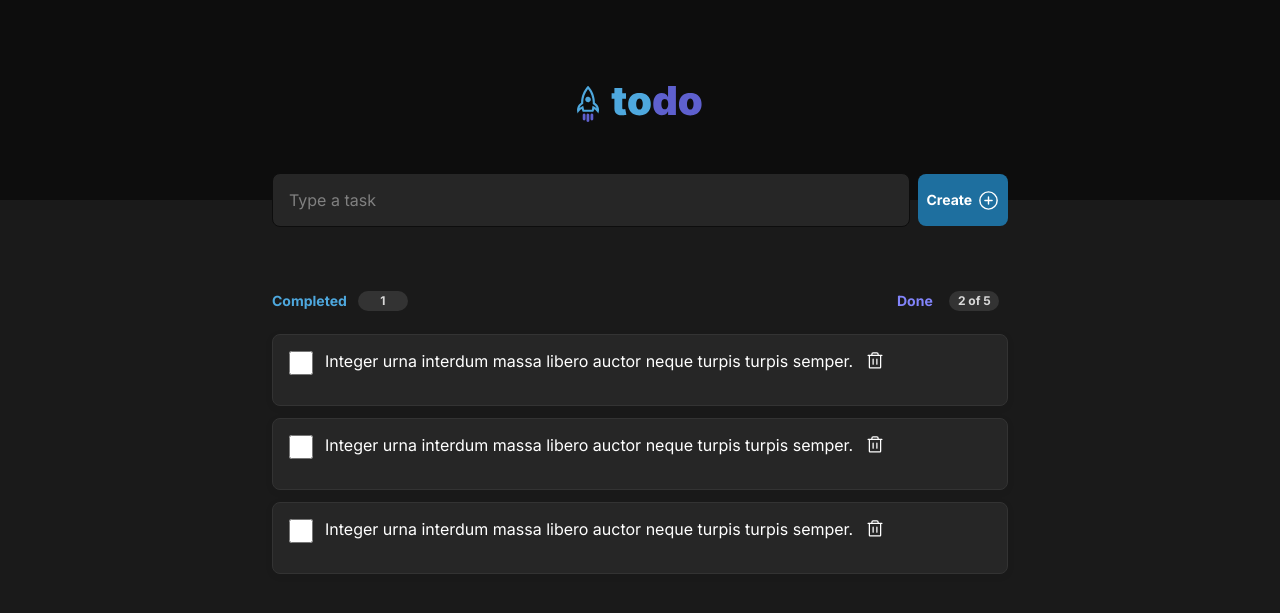
Repository: JoseGu1llardi/to-do-list-D01
Page: /
The author's editor kept a copy of each file at every save. The page is drawn from the files as they stood at one save, then again after the next save.
The browser window is 1280 px wide. The pictures show the whole page.
The project was rebuilt for these pictures with package versions that can differ from the ones it lists, and the page was loaded fresh each time. Also part of the build but not shown: vite.config.ts.

Above is the page before, as saved 2023-03-11 21:22:54.

### index.html
<!DOCTYPE html>
<html lang="en">
  <head>
    <meta charset="UTF-8" />

    <link rel="preconnect" href="https://fonts.googleapis.com" />
    <link rel="preconnect" href="https://fonts.gstatic.com" crossorigin />

    <link
      href="https://fonts.googleapis.com/css2?family=Inter:wght@400;700&display=swap"
      rel="stylesheet"
    />

    <link rel="icon" type="image/svg+xml" href="/vite.svg" />
    <meta name="viewport" content="width=device-width, initial-scale=1.0" />
    <title>Vite + React + TS</title>
  </head>
  <body>
    <div id="root"></div>
    <script type="module" src="/src/main.tsx"></script>
  </body>
</html>

### src/App.tsx
import { Header } from "./components/Header"

import styles from './App.module.css';

import "./global.css"
import { Input } from "./components/Input";
import { Button } from "./components/Button";
import { TasksList } from "./components/TasksList";

function App() {
  return (
    <>
      <Header />

      <div className={styles.newTaskContainer}>
        <Input />
        <Button />
      </div>

      <div className={styles.tasksContainer}>
        <TasksList />
      </div>
    </>
  )
}

export default App

### src/components/Header/index.tsx
import Logo from '../../assets/Logo (1).svg'

import styles from './styles.module.css';

export function Header() {
    return (
        <header className={styles.container}>
            <img src={Logo} />
        </header>
    )
}

### src/App.module.css
.newTaskContainer {
  display: flex;
  flex-direction: row;
  align-items: center;
  padding: 0px;
  gap: 8px;

  position: absolute;
  width: 46rem;
  height: 3.375rem;
  left: calc(50% - 736px / 2);
  top: 10.8125rem;
}

.tasksContainer {
  display: flex;
  flex-direction: column;
  align-items: flex-start;
  padding: 0px;
  gap: 24px;

  position: absolute;
  width: 736px;
  height: 287px;
  left: calc(50% - 736px / 2);
  top: 291px;
}

### src/global.css
:root {
  // Base
  --gray-100: #f2f2f2;
  --gray-200: #d9d9d9;
  --gray-300: #808080;
  --gray-400: #333333;
  --gray-500: #262626;
  --gray-600: #1a1a1a;
  --gray-700: #0d0d0d;

  --danger: #e25858;

  // Product
  --purple: #8284fa;
  --dark-purple: #5e60ce;
  --blue: #4ea8de;
  --dark-blue: #1e6f9f;
}

:focus {
  outline: transparent;
  box-shadow: 0 0 0 2px var(--dark-purple);
}

* {
  margin: 0;
  padding: 0;
  box-sizing: border-box;
}

body {
  color: #fff;
  background: var(--gray-600);

  width: 100%;
  height: 100%;
  max-height: 1024px;
  position: relative;
}

body,
input,
textarea,
button {
  font-family: "Inter", sans-serif;
  font-weight: 400;
  font-size: 1rem;
}

### src/components/Input/index.tsx
import styles from './styles.module.css';

export function Input() {
    return (
        <input
            type="text"
            className={styles.input}
            placeholder='Type a task'
        />
    )
}

### src/components/Button/index.tsx
import { PlusCircle } from '@phosphor-icons/react'

import styles from './styles.module.css';

export function Button() {
    return (
        <button className={styles.button}>
            <span>Create</span>
            <PlusCircle size={23} />
        </button>
    )
}

### src/components/TasksList/index.tsx
import Clipboard from '../../assets/Clipboard.svg';
import { Task } from '../Task';

import styles from './styles.module.css';

export function TasksList() {
    return (
        <>
            <section className={styles.info}>

                <div className={styles.created}>
                    <span>Completed</span>
                    <div className={styles.counterCreated}>
                        <p>1</p>
                    </div>
                </div>

                <div className={styles.done}>
                    <span>Done</span>
                    <div className={styles.doneCreated}>
                        <span>2 of 5</span>
                    </div>
                </div>

            </section>

            {/* <section className={styles.tasks}>
                <img src={Clipboard} alt="" />
                <strong>You don't have tasks registered yet!</strong>
                <span>Create tasks and organize your to-do list</span>
            </section> */}

            <section className={styles.list}>
                <Task />
                <Task />
                <Task />
            </section>
        </>
    )
}

### src/components/Header/styles.module.css
.container {
  position: absolute;
  height: 12.5rem;
  max-width: 100%;
  left: 0;
  right: 0;
  top: 0;

  display: flex;
  align-items: center;
  justify-content: center;

  background: var(--gray-700);
}

.container img {
  position: absolute;
  width: 7.875rem;
  height: 3rem;
}

### src/components/Input/styles.module.css
.input {
  box-sizing: border-box;

  display: flex;
  flex-direction: row;
  align-items: center;
  padding: 16px;
  gap: 8px;

  width: 638px;
  height: 54px;

  background: var(--gray-500);
  color: #fff;

  border: 1px solid var(--gray-700);
  border-radius: 8px;

  flex: none;
  order: 0;
  flex-grow: 1;
}

.input::placeholder {
  color: var(--gray-300);
}

### src/components/Button/styles.module.css
.button {
  width: 90px;
  height: 52px;

  display: flex;
  flex-direction: row;
  align-items: center;
  justify-content: center;
  gap: 16px;

  border: 0;
  border-radius: 8px;

  background: var(--dark-blue);
  color: white;

  cursor: pointer;

  transition: filter 0.2s;
}

.button span {
  width: 34px;
  height: 20px;

  font-weight: 700;
  font-size: 14px;
  line-height: 140%;

  color: var(--gray-100);

  flex: none;
  order: 0;
  flex-grow: 0;
}

.button img {
  width: 16px;
  height: 16px;

  flex: none;
  order: 1;
  flex-grow: 0;
}

.button:hover {
  background: var(--blue);
  filter: brightness(0.8);
}

### src/components/Task/index.tsx
import { Trash } from '@phosphor-icons/react'

import styles from './styles.module.css';

export function Task() {
    return (
        <section className={styles.task}>
            <input type="checkbox" />
            <span>Integer urna interdum massa libero auctor neque turpis turpis semper.</span>
            <div>
                <Trash size={20} />
            </div>
        </section>
    )
}

### src/components/TasksList/styles.module.css
.info {
  display: flex;
  flex-direction: row;
  justify-content: space-between;
  align-items: flex-end;
  padding: 0px;

  width: 736px;
  height: 19px;

  flex: none;
  order: 0;
  align-self: stretch;
  flex-grow: 0;
}

.created {
  display: flex;
  flex-direction: row;
  align-items: center;
  padding: 0px;
  gap: 8px;

  width: 139px;
  height: 19px;

  order: 0;
  flex-grow: 0;
}

.created span {
  font-family: "Inter";
  font-style: normal;
  font-weight: 700;
  font-size: 14px;
  line-height: 17px;

  color: var(--blue);

  flex: none;
  order: 0;
  flex-grow: 0;
}

.counterCreated {
  display: flex;
  flex-direction: row;
  justify-content: center;
  align-items: center;
  padding: 2px 8px;
  gap: 10px;
  margin: 0 auto;

  width: 50px;
  height: 20px;

  background: #333333;
  border-radius: 999px;

  order: 1;
  flex-grow: 0;
}

.counterCreated p {
  display: flex;
  flex-direction: row;
  font-style: normal;
  font-weight: 700;
  font-size: 12px;
  line-height: 15px;

  color: var(--gray-200);
}

.done {
  display: flex;
  box-sizing: border-box;
  flex-direction: row;
  align-items: center;
  padding: 0px;
  gap: 8px;

  width: 111px;
  height: 19px;

  order: 1;
  flex-grow: 0;
}

.done span {
  font-family: "Inter";
  font-style: normal;
  font-weight: 700;
  font-size: 14px;
  line-height: 17px;

  color: #8284fa;

  flex: none;
  order: 0;
  flex-grow: 0;
}

.doneCreated {
  display: flex;
  flex-direction: row;
  justify-content: center;
  box-sizing: border-box;
  align-items: center;
  padding: 2px 8px;
  gap: 10px;
  margin: 0 auto;

  width: 50px;
  height: 20px;

  background: #333333;
  border-radius: 999px;

  order: 1;
  flex-grow: 0;
}

.doneCreated span {
  display: flex;
  flex-direction: row;
  font-style: normal;
  font-weight: 700;
  font-size: 12px;
  line-height: 15px;

  color: var(--gray-200);
}

.tasks {
  box-sizing: border-box;

  display: flex;
  flex-direction: column;
  justify-content: center;
  align-items: center;
  padding: 64px 24px;
  gap: 16px;

  width: 736px;
  height: 244px;

  border-top: 1px solid #333333;
  border-radius: 8px;

  flex: none;
  order: 1;
  align-self: stretch;
  flex-grow: 0;
}

.tasks img {
  width: 56px;
  height: 56px;

  flex: none;
  order: 0;
  flex-grow: 0;
}

.tasks strong {
  display: block;
  font-style: normal;
  font-weight: 700;
  font-size: 16px;

  text-align: center;

  color: var(--gray-300);

  flex: none;
  align-self: stretch;
  flex-grow: 0;
}

.tasks span {
  font-style: normal;
  font-weight: 300;
  font-size: 16px;

  color: var(--gray-300);
}

.list {
  display: flex;
  flex-direction: column;
  align-items: flex-start;
  padding: 0px;
  gap: 12px;

  width: 736px;
  height: 382px;

  /* Inside auto layout */

  flex: none;
  order: 1;
  flex-grow: 0;
}

### src/components/Task/styles.module.css
.task {
  box-sizing: border-box;

  display: flex;
  flex-direction: row;
  align-items: flex-start;
  padding: 16px;
  gap: 12px;

  width: 736px;
  height: 72px;

  /* Gray 500 */

  background: #262626;
  /* Gray 400 */

  border: 1px solid #333333;
  box-shadow: 0px 2px 8px rgba(0, 0, 0, 0.06);
  border-radius: 8px;

  flex: none;
  order: 0;
  align-self: stretch;
  flex-grow: 0;
}

.task input[type="checkbox"] {
  width: 24px;
  height: 24px;

  border-radius: 50%;

  flex: none;
  order: 0;
  flex-grow: 0;
}

Loaded but not shown: src/main.tsx (common file)

After the next save:
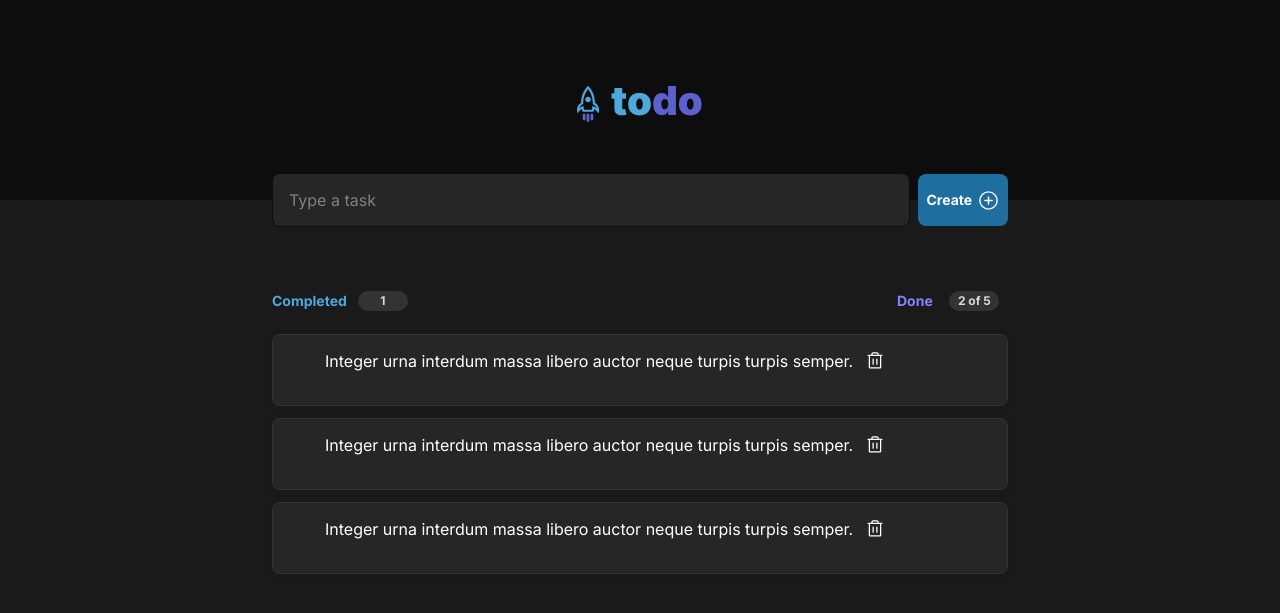
Saved 58 s later.
--- a/src/components/Task/styles.module.css
+++ b/src/components/Task/styles.module.css
@@ -26,6 +26,8 @@
 }
 
 .task input[type="checkbox"] {
+  -webkit-appearance: none;
+  -moz-appearance: none;
   width: 24px;
   height: 24px;
 
